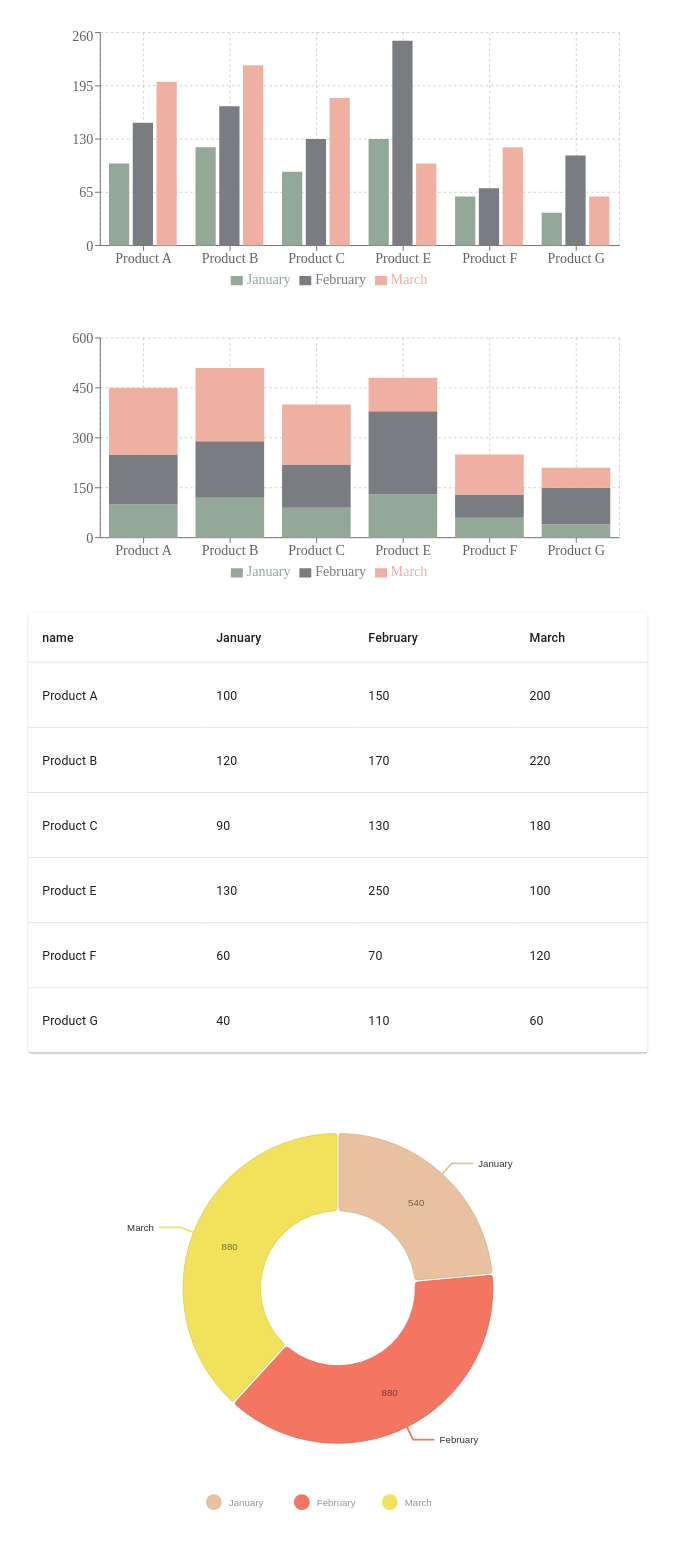
Repository: sagarjain738/test
Page: /
The author's editor kept a copy of each file at every save. The page is drawn from the files as they stood at one save, then again after the next save.
The browser window is 768 px wide. The pictures show the whole page, at 88% of full size.
An inner scrolling area shows only its first screen. The project was rebuilt for these pictures with package versions that can differ from the ones it lists, and the page was loaded fresh each time. Also part of the build but not shown: vite.config.js, src/index.css.

Above is the page before, as saved 2024-01-20 23:54:43.

After the next save:
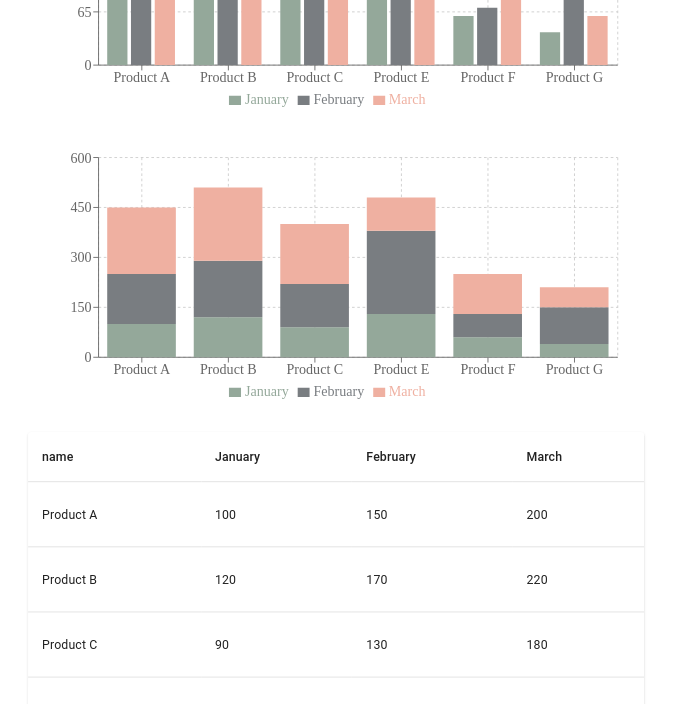
Saved 58 s later.
--- a/src/App.css
+++ b/src/App.css
@@ -9,7 +9,7 @@
 .container {
   display: grid;
   grid-template-columns: repeat(2, 1fr);
-
+  max-height: 100vh;
   max-width: 100vw;
   gap: 2rem;
   padding: 2rem;
@@ -19,7 +19,9 @@
   .container {
     display: flex;
     flex-direction: column;
+    overflow: scroll;
     align-items: center;
     justify-content: center;
+    max-width: max-content;
   }
 }
